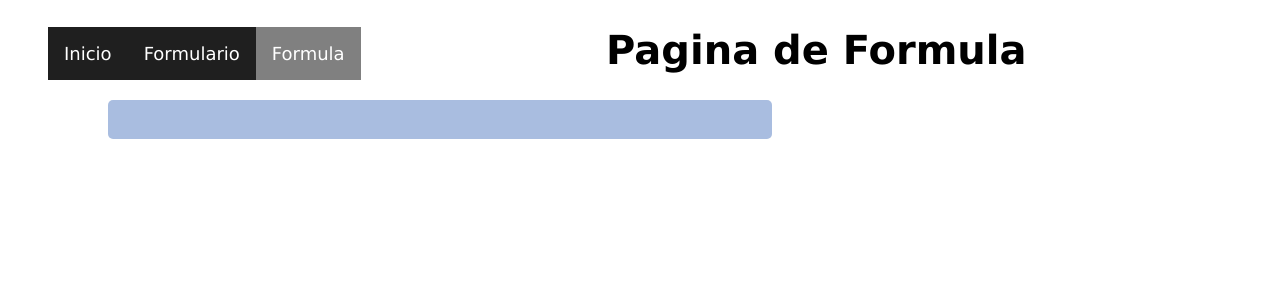
Repository: misterySnow94/tutoriales
Page: pagina basica/formula.html
These files come from the project's save history. The page is drawn as it stood at one moment and after the next save; the edit follows.
The browser window is 1280 px wide. The pictures show the whole page.

Above is the page before, as saved 2019-11-04 00:32:54.

After the next save:
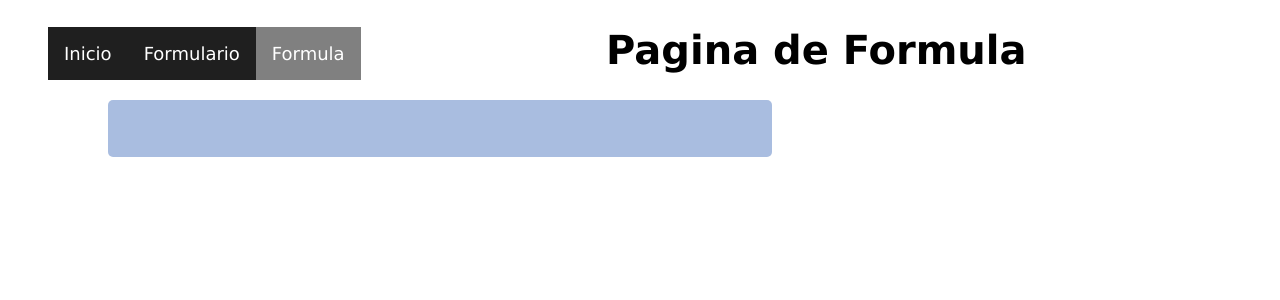
Saved 4 s later.
--- a/pagina basica/formula.html
+++ b/pagina basica/formula.html
@@ -21,7 +21,7 @@
 
         <form action="">
             <label for="numero_1">
-
+                <h3></h3>
             </label>
 
         </form>
